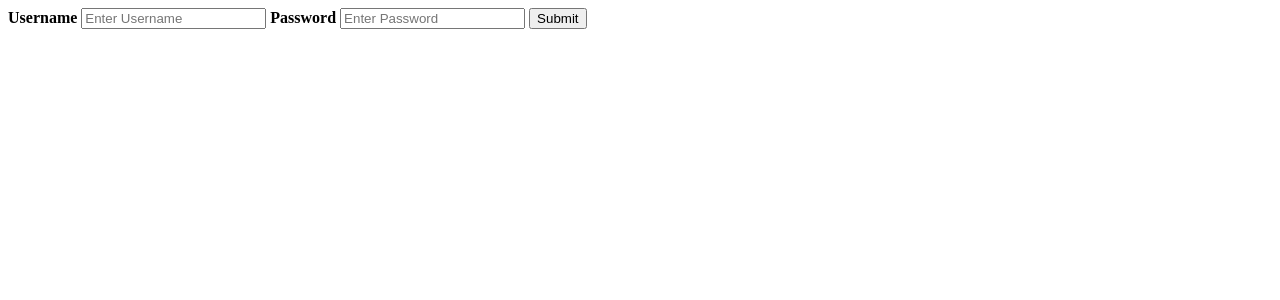
Repository: Thirumalaivasan01/eclipse-workspace
Page: http://localhost/assignment-calculator/login.jsp
The author's editor kept a copy of each file at every save. The page is drawn from the files as they stood at one save, then again after the next save.
The browser window is 1280 px wide. The pictures show the whole page.
The page is served by Tomcat 9.

Above is the page before, as saved 2022-04-12 10:02:01.

After the next save:
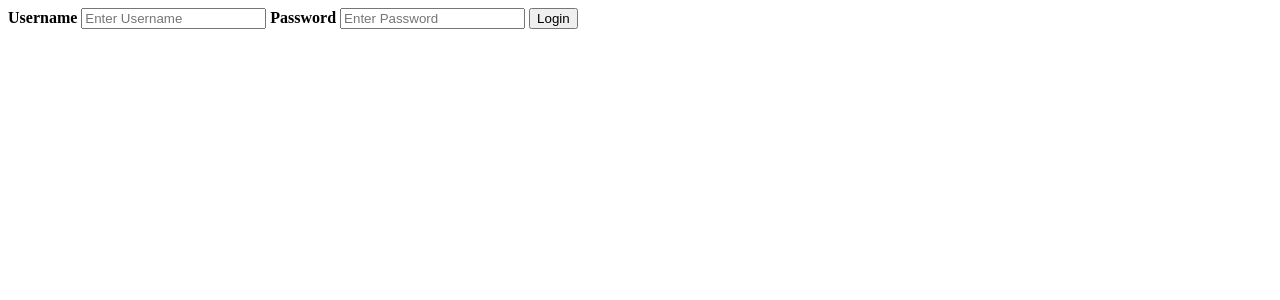
Saved 22 s later.
--- a/assignment-calculator/src/main/webapp/login.jsp
+++ b/assignment-calculator/src/main/webapp/login.jsp
@@ -13,7 +13,7 @@
 
     <label for="psw"><b>Password</b></label>
     <input type="password" placeholder="Enter Password" name="psw" required>
-    <button>Submit</button>
+    <button type="submit">Login</button>
 
 </form>
 
